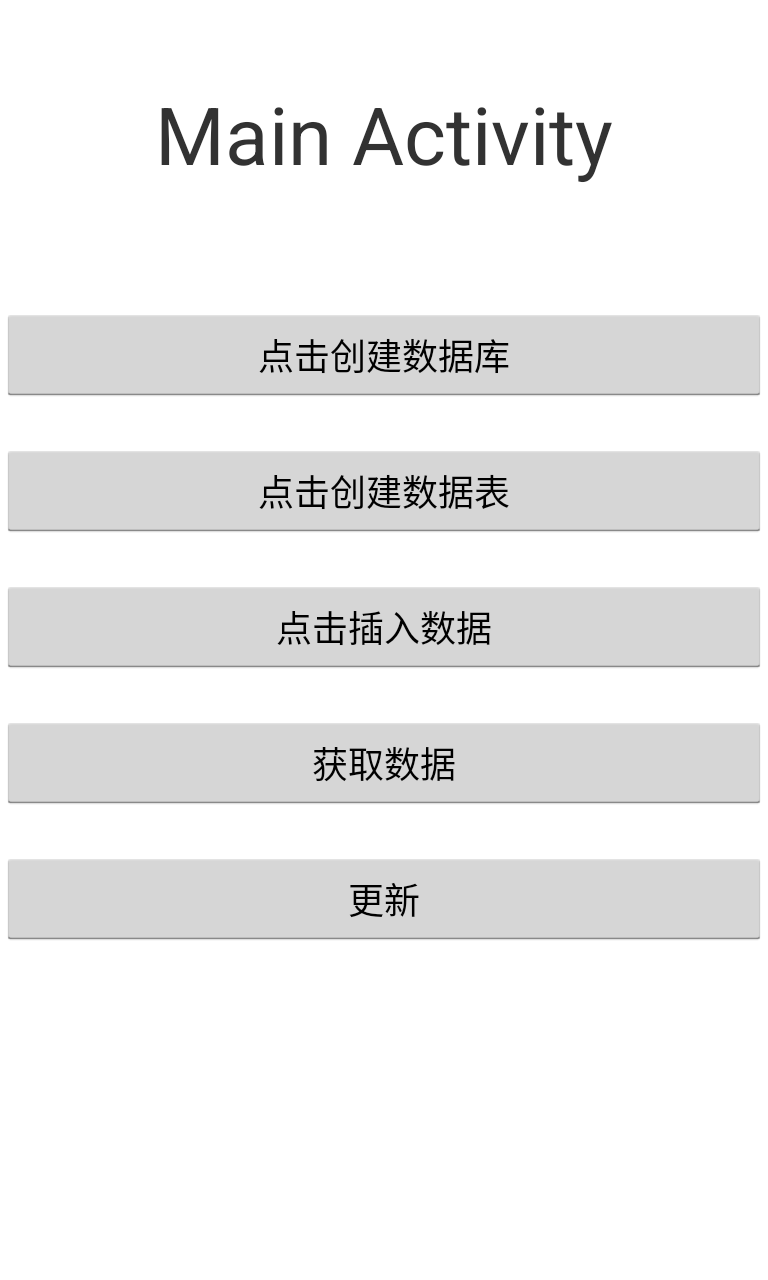
Repository: CiLiNet-Android/courseware
Layout: Android数据存储/Sqlite数据库存储/SourceCodes/SqliteDBStorageDemo/res/layout/activity_main.xml
These files come from the project's save history. The layout is drawn as it stood at one moment and after the next save; the edit follows.
It is drawn on a 768 x 1280 px phone screen (xhdpi) without system bars, with theme AppTheme; the app's code is not run.

Above is the layout before, as saved 2013-12-24 13:23:03.

After the next save:
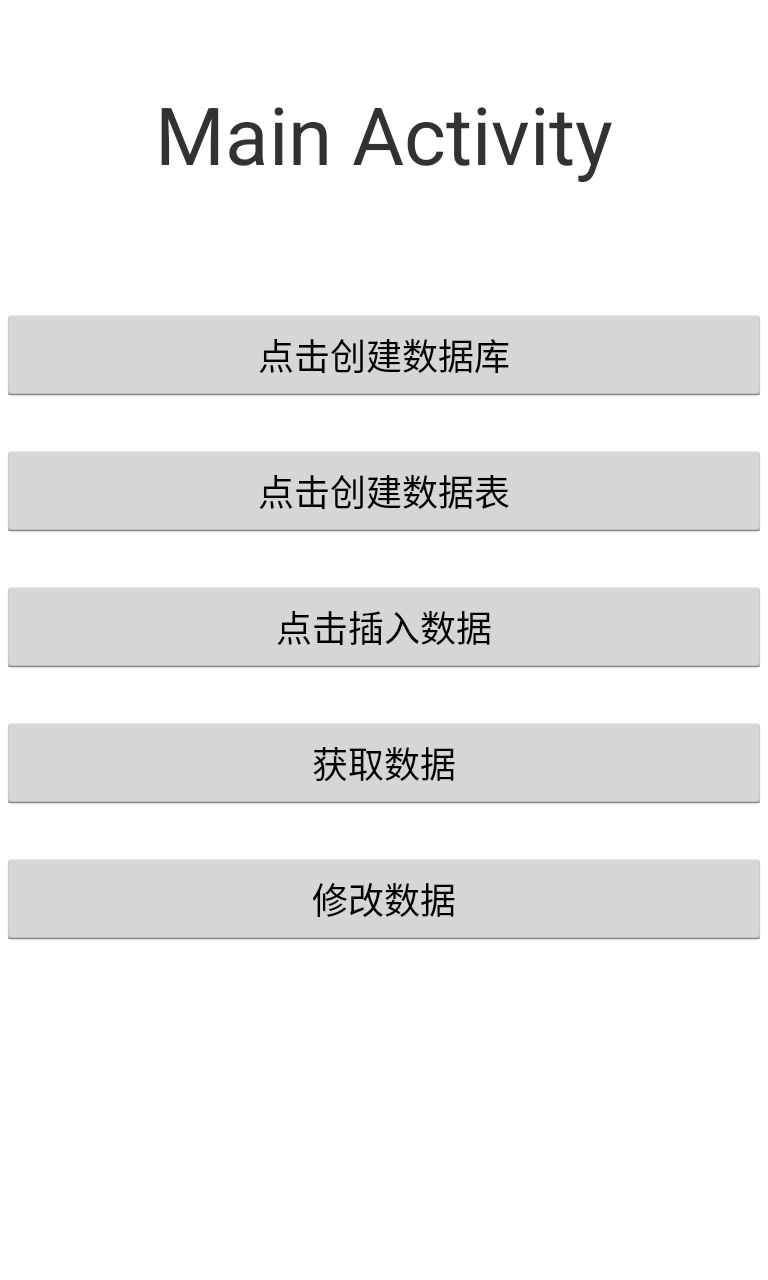
Saved 10 s later.
--- a/Android数据存储/Sqlite数据库存储/SourceCodes/SqliteDBStorageDemo/res/layout/activity_main.xml
+++ b/Android数据存储/Sqlite数据库存储/SourceCodes/SqliteDBStorageDemo/res/layout/activity_main.xml
@@ -43,7 +43,7 @@
     <Button
         android:layout_width="match_parent"
         android:layout_height="wrap_content"
-        android:text="更新"
+        android:text="修改数据"
         android:layout_marginTop="20dp"
         android:id="@+id/btn_selectUser"/>
 
